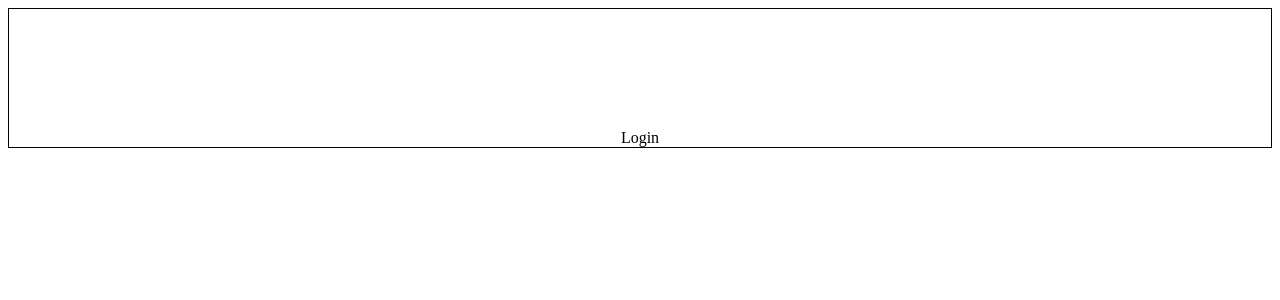
Repository: smandkd/Multicampus_Frontend
Page: http://localhost/Project_1/test_login.jsp
These files come from the project's save history. The page is drawn as it stood at one moment and after the next save; the edit follows.
The browser window is 1280 px wide. The pictures show the whole page.
The page is served by Tomcat 9. Other server files are loaded and not shown.

Above is the page before, as saved 2022-01-30 01:48:59.

### Project_1/WebContent/test_login.jsp
<%@ page contentType="text/html; charset=utf-8"
    pageEncoding="EUC-KR"%>
<!DOCTYPE html>
<html>
<head>
<meta name="viewport" content="width=device-width, initial-scale=1.0">
<style type="text/css">
.a {
	text-align:center;
	padding-top:120px;
	border:1px solid;
}
</style>
</head>
<body>
<div style="background-color:##CF0">
	<div class="a" style="background-color:##CF0">
		Login
	</div>
</div>
</body>
</html>

After the next save:
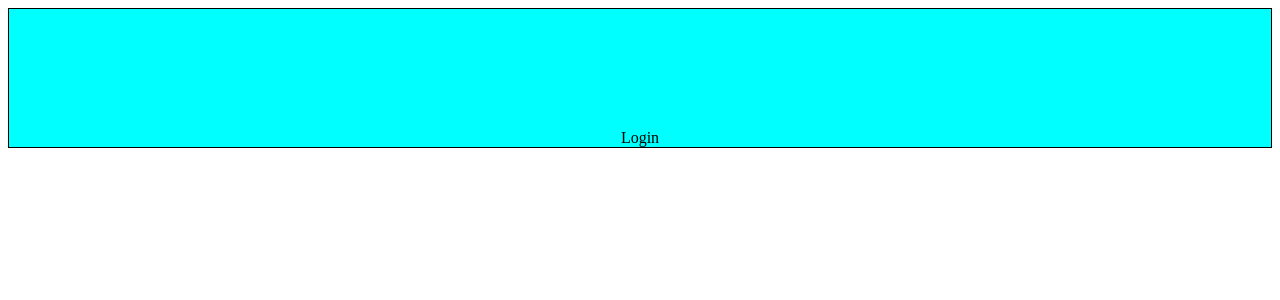
Saved 8 s later.
--- a/Project_1/WebContent/test_login.jsp
+++ b/Project_1/WebContent/test_login.jsp
@@ -13,7 +13,7 @@
 </style>
 </head>
 <body>
-<div style="background-color:##CF0">
+<div style="background-color:cyan">
 	<div class="a" style="background-color:##CF0">
 		Login
 	</div>

After the save that followed:
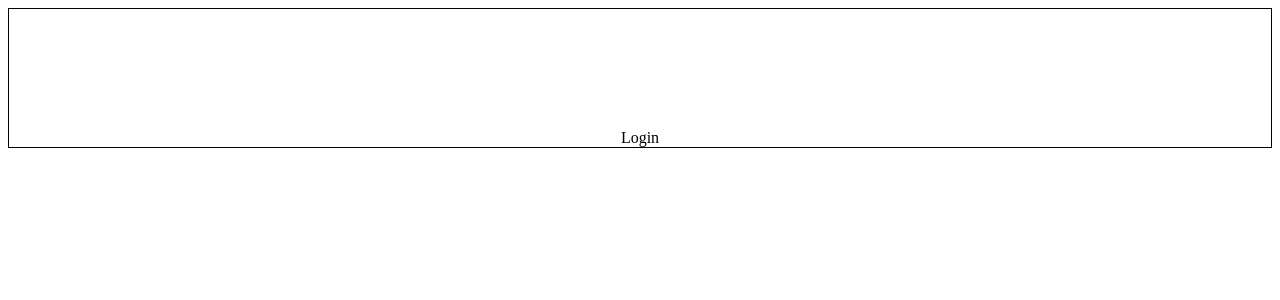
Saved 99 s later.
--- a/Project_1/WebContent/test_login.jsp
+++ b/Project_1/WebContent/test_login.jsp
@@ -14,9 +14,10 @@
 </head>
 <body>
 <div style="background-color:cyan">
-	<div class="a" style="background-color:##CF0">
+
+</div>
+<div class="a" style="background-color:##CF0">
 		Login
 	</div>
-</div>
 </body>
 </html>
